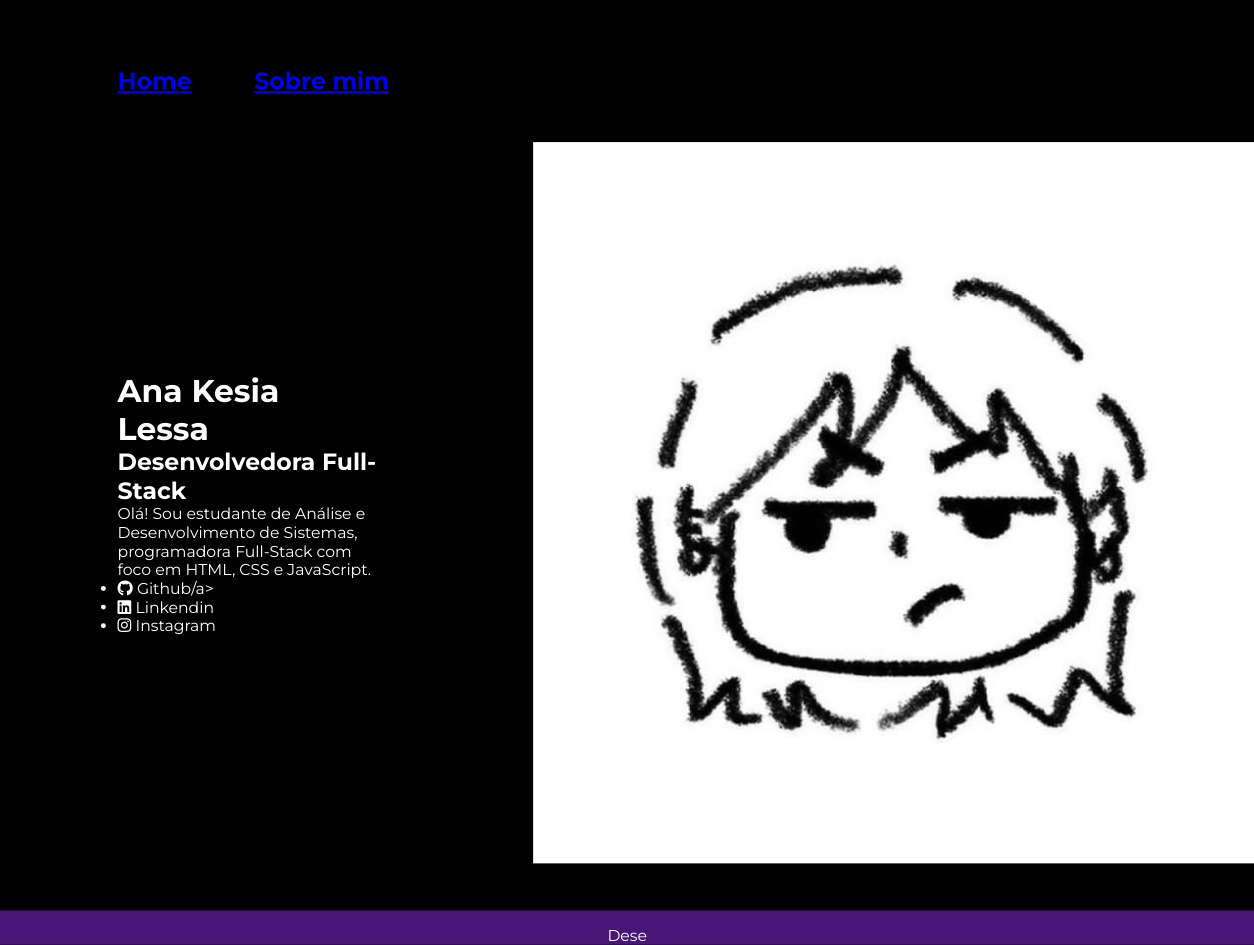
Repository: analessp/portfolio-developer
Page: index.html
An editor plug-in stored every save of this project. The page is shown before and after a run of saves, followed by the edit.
The browser window is 1280 px wide. The pictures show the whole page, at 98% of full size.

Above is the page before, as saved 2025-04-24 10:45:09.

### index.html
<!DOCTYPE html>
<html lang="pt-BR">
<head>
    <meta charset="UTF-8">
    <meta name="viewport" content="width=device-width, initial-scale=1.0">
    <title>Portfólio de Ana Lessa</title>
    <link rel="stylesheet" href="style.css">
    <link rel="stylesheet" href="https://cdnjs.cloudflare.com/ajax/libs/font-awesome/6.5.0/css/all.min.css" />
</head>
<body>
    <header>
        <nav>
            <uL class="navbar-list">
                <li>
                    <a href="/index.html" class="page active">Home</a>
                </li>
                <li>
                    <a href="/about-me.html" class="page">Sobre mim</a>
                </li>
            </uL>
        </nav>
    </header>
    <main>
        <div class="introduce">
            <span class="title">
            <h1>Ana Kesia Lessa</h1>
            <h2>Desenvolvedora Full-Stack</h2>
        </span>
            <p>Olá! Sou estudante de Análise e Desenvolvimento de Sistemas, programadora Full-Stack com foco em HTML, CSS e JavaScript.</p>
        <ul class="social-links">
            <li>
                <a *href*="#">
                    <i class="fa-brands fa-github"></i>
                    Github/a>
            </li>
            <li>
                <a *href*="#">
                    <i class="fa-brands fa-linkedin"></i>
                    Linkendin</a>
                </li>
            <li>
                <a *href*="#">
                    <i class="fa-brands fa-instagram"></i>
                Instagram</a>
            </li>
            </ul>
        </div>
        <img src="/assets/avatar.jfif" alt="Avatar de Ana Lessa">
        </main>
    <footer>Dese
</body>
</html>

### style.css
@import url('https://fonts.googleapis.com/css2?family=Montserrat:ital,wght@0,100..900;1,100..900&display=swap');

* {
    margin: 0;
    padding: 0;
    box-sizing: border-box;
    font-family: "Montserrat", sans-serif;
}

body {
    display: flex;
    flex-direction: column;
    justify-content: space-between;
    height: 100vh;
    width: 100%;
    background-color: black;
    color: white;
}

.navbar-list {
    padding-left: 120px;
    padding-top: 68px;
    display: flex;
    gap: 4rem;
    list-style-type: none;
    color: #7209b7;
    font-weight: 700;
    font-size: 1.5rem;
    margin-bottom: 3rem;
}

main {
    padding-left: 120px;
    display: flex;
    gap: 10rem;
    align-items: center;
}

.about-me {
    background-color: rgba(255, 255, 255, 0.1);
    display: flex;
    flex-direction: column;
    gap: 1.5rem;
    width: 50%;
    text-align: justify;
    padding: 1rem 1.4rem;
    border: 2px solid rgb(63, 63, 63);
}

.about-me h1 {
    font-size: 3rem;
}

.about-me p {
    font-weight: 300;
}

.about-me-image {
    width: 25rem;
    border-radius: 50%;
    border: 2px solid rgba(208, 208, 208, 0.552);
    height: fit-content;
}

footer {
    margin-top: 3rem;
    padding-top: 1rem;
    background-color: rgb(72, 22, 120);
    display: flex;
    flex-direction: column;
    align-items: center;
    gap: 1rem;
}

footer ul {
    display: flex;
    gap: 2rem;
    list-style-type: none;
    margin-bottom: 1rem;
}

footer a {
    text-decoration: none;
    color: white;
    font-weight: 600;
}

@media only screen and (max-width: 768px) {

    body {
        justify-content: center;
    }

    .navbar-list {
        justify-content: center;
        padding-left: 0;
        padding-top: 40px;
        margin-bottom: 0;
    }

    main {
        margin-top: 0;
        flex-direction: column-reverse;
        padding-left: 0;
        gap: 0;
    }

    .about-me-image {
        width: 18rem;
    }

    .about-me {
        width: 70%;
        height: 50px;
        overflow-y: auto;
    }

    .about-me h1 {
        text-align: center;
    }

    .about-me p {
        font-size: 1.2rem;
    }

}

After the next 2 saves:
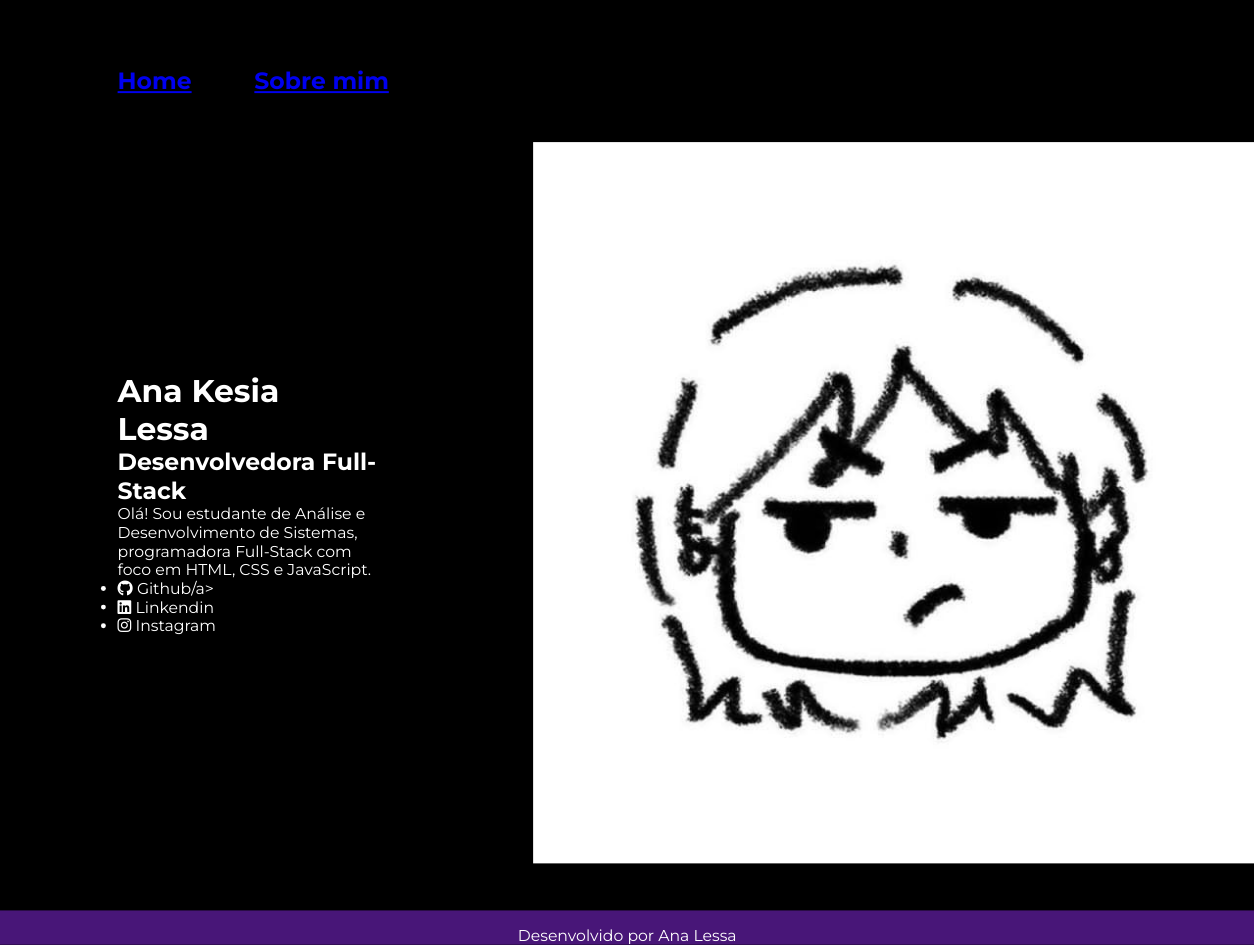
The 2 saves are shown as one change because they came seconds apart.
The last was saved 10 s later.
--- a/index.html
+++ b/index.html
@@ -47,6 +47,6 @@
         </div>
         <img src="/assets/avatar.jfif" alt="Avatar de Ana Lessa">
         </main>
-    <footer>Dese
+    <footer>Desenvolvido por Ana Lessa</footer>
 </body>
 </html>
